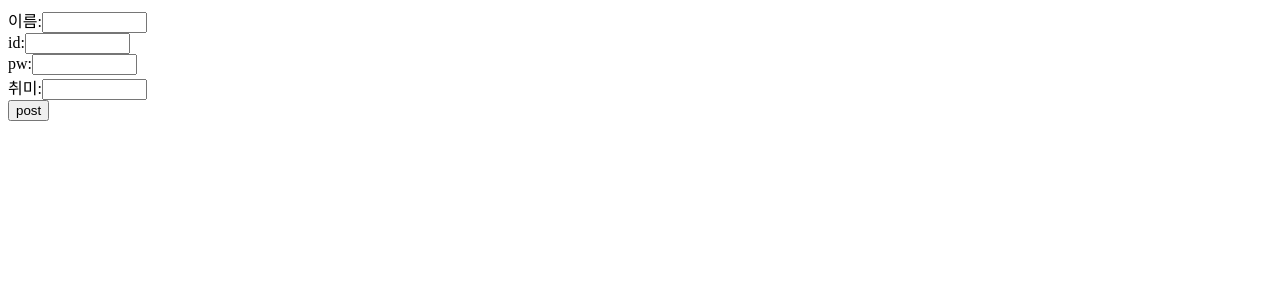
Repository: elecdime/jspboard
Page: dime/WebContent/Post.html
An editor plug-in stored every save of this project. The page is shown before and after the next save, followed by the edit.
The browser window is 1280 px wide. The pictures show the whole page.

Above is the page before, as saved 2020-01-27 13:59:04.

### dime/WebContent/Post.html
<!DOCTYPE html>
<html>
<head>
<meta charset="EUC-KR">
<title>Insert title here</title>
</head>
<body>
<form action="SC"method="post">
이름:<input type="text" name="name" size = "10"> <br>
id:<input type="text" name="id" size = "10"> <br>
pw:<input type="password" name="pw" size = "10"> <br>
취미:<input type="text" name="hb" size = "10"> <br>
<input type="submit"value="post">
</form>
</body>
</html>

After the next save:
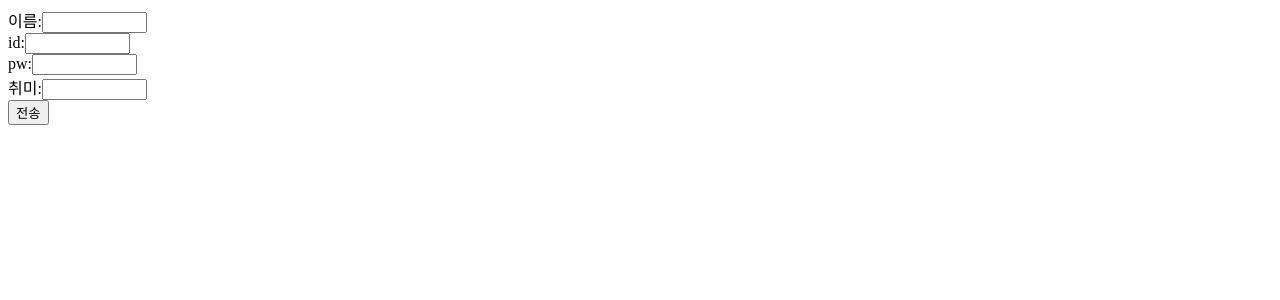
Saved 34 s later.
--- a/dime/WebContent/Post.html
+++ b/dime/WebContent/Post.html
@@ -10,7 +10,7 @@
 id:<input type="text" name="id" size = "10"> <br>
 pw:<input type="password" name="pw" size = "10"> <br>
 취미:<input type="text" name="hb" size = "10"> <br>
-<input type="submit"value="post">
+<input type="submit"value="전송">
 </form>
 </body>
 </html>
